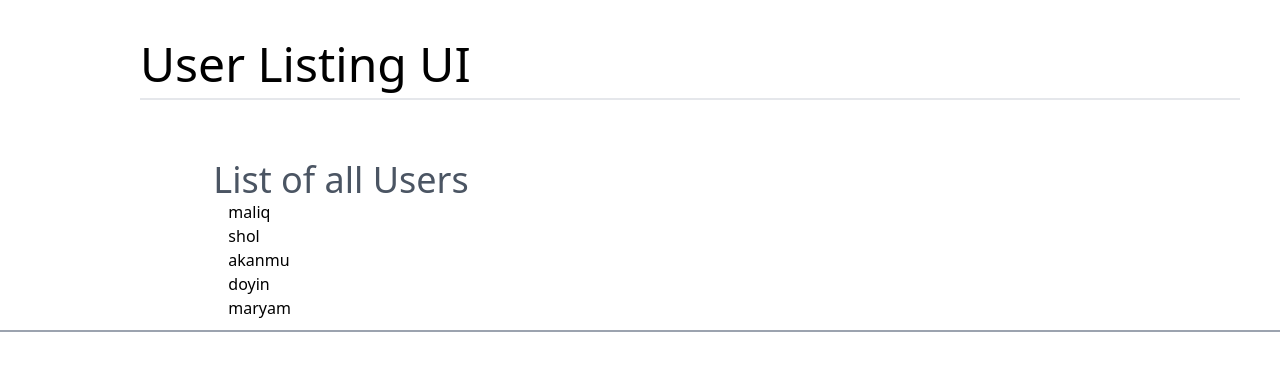
Repository: Marlstergo/listings
Page: / (app in client/)
The author's editor kept a copy of each file at every save. The page is drawn from the files as they stood at one save, then again after the next save.
The browser window is 1280 px wide. The pictures show the whole page.
The project was rebuilt for these pictures with package versions that can differ from the ones it lists, and the page was loaded fresh each time. Also part of the build but not shown: client/craco.config.js, client/src/components/Loader.js, client/src/components/Order.js, client/src/components/Modal.js. Imported but missing from the stored project, and not drawn on this page: client/src/components/Base, client/src/components/Toppings.

Above is the page before, as saved 2021-07-20 23:28:50.

After the next save:
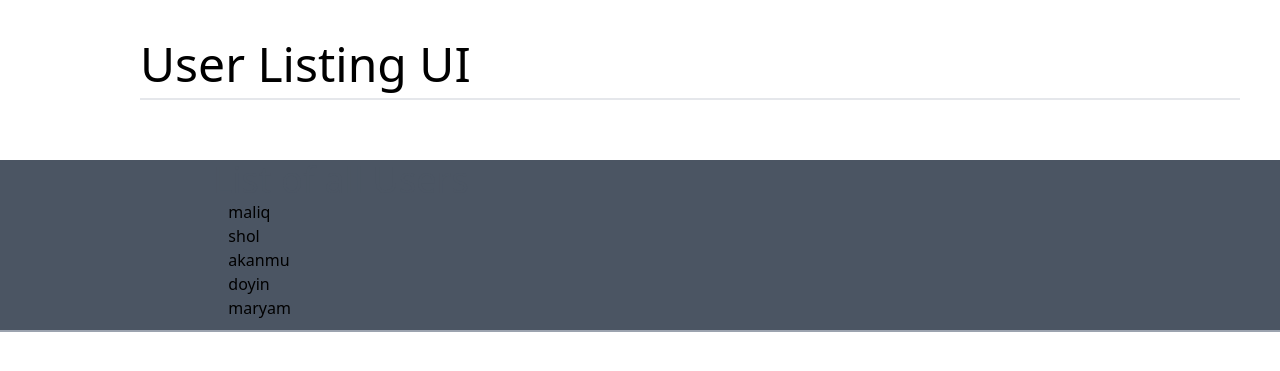
Saved 48 s later.
--- a/client/src/components/Home.js
+++ b/client/src/components/Home.js
@@ -32,7 +32,7 @@ const users = ["maliq", "shol", "akanmu", "doyin", "maryam"];
 const Home = () => {
   return (
     <motion.div
-      className="  pb-[10px] mb-[10px] border-b-2 border-gray-400 flex flex-col items-center"
+      className="bg-gray-600  pb-[10px] mb-[10px] border-b-2 border-gray-400 flex flex-col items-center"
       variants={containerVariants}
       initial="hidden"
       animate="visible"
